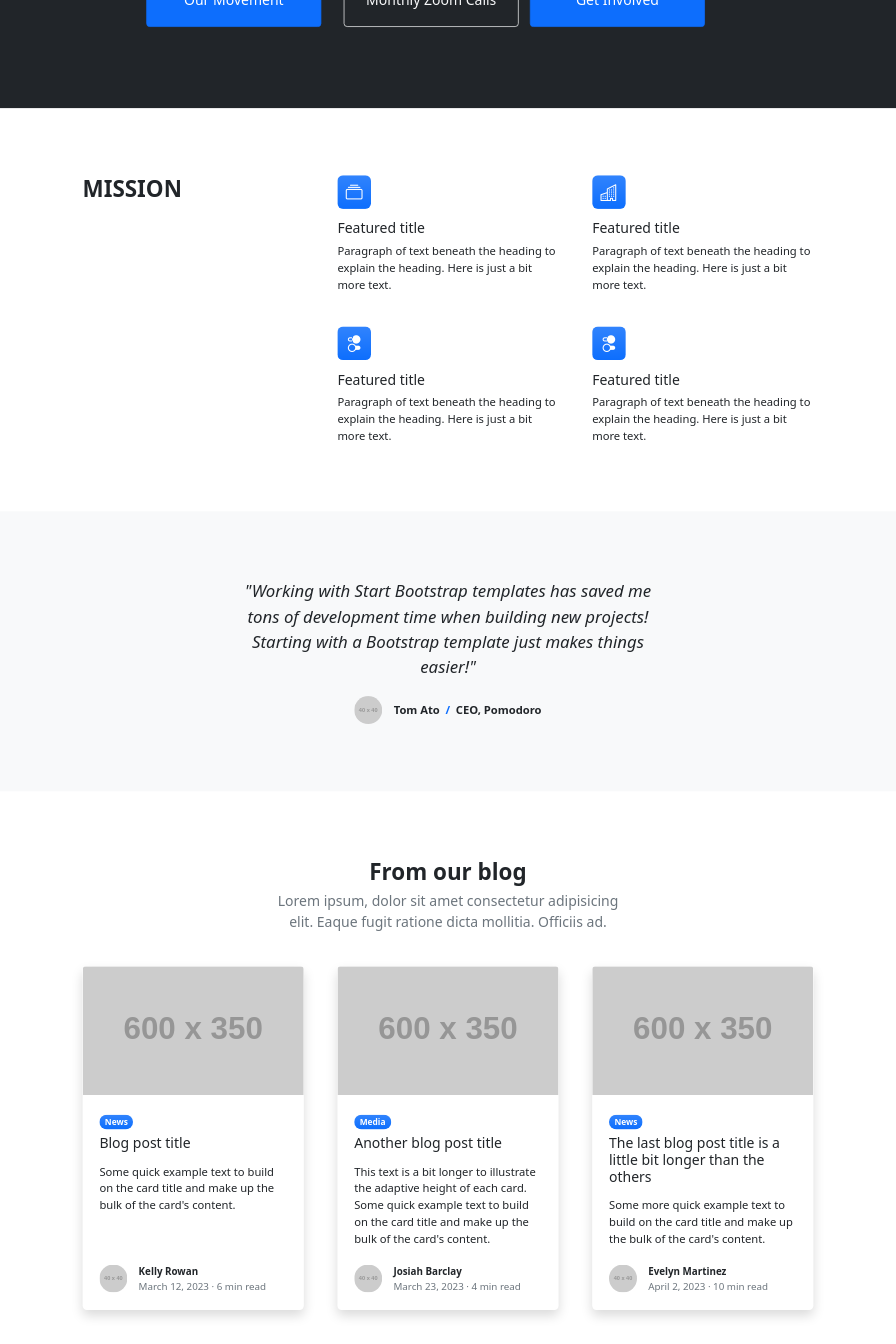
Repository: DragonFruit8/BeTheSpark
Page: index.html
The author's editor kept a copy of each file at every save. The page is drawn from the files as they stood at one save, then again after a run of saves.
The browser window is 1280 px wide. The pictures show the part of the page from y = 329 to 2249 px (the page is 2627 px tall before and 2617 px after), at 70% of full size.

Above is the page before, as saved 2024-01-14 07:44:31.

### index.html
<!DOCTYPE html>
<html lang="en">
    <head>
        <meta charset="utf-8" />
        <meta name="viewport" content="width=device-width, initial-scale=1, shrink-to-fit=no" />
        <meta name="description" content="" />
        <meta name="author" content="" />
        <title>Modern Business - Start Bootstrap Template</title>
        <!-- Favicon-->
        <link rel="icon" type="image/x-icon" href="assets/favicon.ico" />
        <!-- Bootstrap icons-->
        <link href="https://cdn.jsdelivr.net/npm/bootstrap-icons@1.5.0/font/bootstrap-icons.css" rel="stylesheet" />
        <!-- Core theme CSS (includes Bootstrap)-->
        <link href="css/styles.css" rel="stylesheet" />
        <link href="css/home.css" rel="stylesheet" />
    </head>
    <body class="d-flex flex-column h-100">
        <main class="flex-shrink-0">
            <!-- Navigation-->
            <nav class="navbar navbar-expand-lg navbar-dark bg-dark">
                <div class="container px-5">
                    <a class="navbar-brand" href="index.html">Start Bootstrap</a>
                    <button class="navbar-toggler" type="button" data-bs-toggle="collapse" data-bs-target="#navbarSupportedContent" aria-controls="navbarSupportedContent" aria-expanded="false" aria-label="Toggle navigation"><span class="navbar-toggler-icon"></span></button>
                    <div class="collapse navbar-collapse" id="navbarSupportedContent">
                        <ul class="navbar-nav ms-auto mb-2 mb-lg-0">
                            <li class="nav-item"><a class="nav-link" href="index.html">Home</a></li>
                            <li class="nav-item"><a class="nav-link" href="about.html">About</a></li>
                            <li class="nav-item"><a class="nav-link" href="contact.html">Contact</a></li>
                            <li class="nav-item"><a class="nav-link" href="pricing.html">Pricing</a></li>
                            <li class="nav-item"><a class="nav-link" href="faq.html">FAQ</a></li>
                            <li class="nav-item dropdown">
                                <a class="nav-link dropdown-toggle" id="navbarDropdownBlog" href="#" role="button" data-bs-toggle="dropdown" aria-expanded="false">Blog</a>
                                <ul class="dropdown-menu dropdown-menu-end" aria-labelledby="navbarDropdownBlog">
                                    <li><a class="dropdown-item" href="blog-home.html">Blog Home</a></li>
                                    <li><a class="dropdown-item" href="blog-post.html">Blog Post</a></li>
                                </ul>
                            </li>
                            <li class="nav-item dropdown">
                                <a class="nav-link dropdown-toggle" id="navbarDropdownPortfolio" href="#" role="button" data-bs-toggle="dropdown" aria-expanded="false">Portfolio</a>
                                <ul class="dropdown-menu dropdown-menu-end" aria-labelledby="navbarDropdownPortfolio">
                                    <li><a class="dropdown-item" href="portfolio-overview.html">Portfolio Overview</a></li>
                                    <li><a class="dropdown-item" href="portfolio-item.html">Portfolio Item</a></li>
                                </ul>
                            </li>
                        </ul>
                    </div>
                </div>
            </nav>
            <!-- Header-->
            <header class="bg-dark py-5">
                <div class="container px-5">
                    <div class="row gx-5 align-items-center justify-content-center">
                        <div class="col-lg-8 col-xl-10 col-xxl-12">
                            <div class="my-5 text-center text-xl-start">
                                <h1 class="display-5 fw-bolder text-white mb-2">Be The Spark</h1>
                                <p class="lead fw-normal text-white-50 mb-4">Ignite Change in the World</p>
                                <div id="CTA" class="d-grid gap-3 d-sm-flex justify-content-sm-center justify-content-xl-start">
                                    <a id="introCard" class="btn btn-primary btn-lg px-4 me-sm-3" href="#features">Our Movement</a>
                                    <a id="introCard" class="btn btn-outline-light btn-lg px-4" href="#!">Monthly Zoom Calls</a>
                                    <a id="introCard" class="btn btn-primary btn-lg px-4 me-sm-3" href="#features">Get Involved </a>
                                </div>
                            </div>
                        </div>
                        <!-- <div class="col-xl-5 col-xxl-6 d-none d-xl-block text-center"><img class="img-fluid rounded-3 my-5" src="https://dummyimage.com/600x400/343a40/6c757d" alt="..." /></div> -->
                    </div>
                </div>
            </header>
            <!-- Features section-->
            <section class="py-5" id="features">
                <div class="container px-5 my-5">
                    <div class="row gx-5">
                        <div class="col-lg-4 mb-5 mb-lg-0"><h2 class="fw-bolder mb-0">MISSION</h2></div>
                        <div class="col-lg-8">
                            <div class="row gx-5 row-cols-1 row-cols-md-2">
                                <div class="col mb-5 h-100">
                                    <div class="feature bg-primary bg-gradient text-white rounded-3 mb-3"><i class="bi bi-collection"></i></div>
                                    <h2 class="h5">Featured title</h2>
                                    <p class="mb-0">Paragraph of text beneath the heading to explain the heading. Here is just a bit more text.</p>
                                </div>
                                <div class="col mb-5 h-100">
                                    <div class="feature bg-primary bg-gradient text-white rounded-3 mb-3"><i class="bi bi-building"></i></div>
                                    <h2 class="h5">Featured title</h2>
                                    <p class="mb-0">Paragraph of text beneath the heading to explain the heading. Here is just a bit more text.</p>
                                </div>
                                <div class="col mb-5 mb-md-0 h-100">
                                    <div class="feature bg-primary bg-gradient text-white rounded-3 mb-3"><i class="bi bi-toggles2"></i></div>
                                    <h2 class="h5">Featured title</h2>
                                    <p class="mb-0">Paragraph of text beneath the heading to explain the heading. Here is just a bit more text.</p>
                                </div>
                                <div class="col h-100">
                                    <div class="feature bg-primary bg-gradient text-white rounded-3 mb-3"><i class="bi bi-toggles2"></i></div>
                                    <h2 class="h5">Featured title</h2>
                                    <p class="mb-0">Paragraph of text beneath the heading to explain the heading. Here is just a bit more text.</p>
                                </div>
                            </div>
                        </div>
                    </div>
                </div>
            </section>
            <!-- Testimonial section-->
            <div class="py-5 bg-light">
                <div class="container px-5 my-5">
                    <div class="row gx-5 justify-content-center">
                        <div class="col-lg-10 col-xl-7">
                            <div class="text-center">
                                <div class="fs-4 mb-4 fst-italic">"Working with Start Bootstrap templates has saved me tons of development time when building new projects! Starting with a Bootstrap template just makes things easier!"</div>
                                <div class="d-flex align-items-center justify-content-center">
                                    <img class="rounded-circle me-3" src="https://dummyimage.com/40x40/ced4da/6c757d" alt="..." />
                                    <div class="fw-bold">
                                        Tom Ato
                                        <span class="fw-bold text-primary mx-1">/</span>
                                        CEO, Pomodoro
                                    </div>
                                </div>
                            </div>
                        </div>
                    </div>
                </div>
            </div>
            <!-- Blog preview section-->
            <section class="py-5">
                <div class="container px-5 my-5">
                    <div class="row gx-5 justify-content-center">
                        <div class="col-lg-8 col-xl-6">
                            <div class="text-center">
                                <h2 class="fw-bolder">From our blog</h2>
                                <p class="lead fw-normal text-muted mb-5">Lorem ipsum, dolor sit amet consectetur adipisicing elit. Eaque fugit ratione dicta mollitia. Officiis ad.</p>
                            </div>
                        </div>
                    </div>
                    <div class="row gx-5">
                        <div class="col-lg-4 mb-5">
                            <div class="card h-100 shadow border-0">
                                <img class="card-img-top" src="https://dummyimage.com/600x350/ced4da/6c757d" alt="..." />
                                <div class="card-body p-4">
                                    <div class="badge bg-primary bg-gradient rounded-pill mb-2">News</div>
                                    <a class="text-decoration-none link-dark stretched-link" href="#!"><h5 class="card-title mb-3">Blog post title</h5></a>
                                    <p class="card-text mb-0">Some quick example text to build on the card title and make up the bulk of the card's content.</p>
                                </div>
                                <div class="card-footer p-4 pt-0 bg-transparent border-top-0">
                                    <div class="d-flex align-items-end justify-content-between">
                                        <div class="d-flex align-items-center">
                                            <img class="rounded-circle me-3" src="https://dummyimage.com/40x40/ced4da/6c757d" alt="..." />
                                            <div class="small">
                                                <div class="fw-bold">Kelly Rowan</div>
                                                <div class="text-muted">March 12, 2023 &middot; 6 min read</div>
                                            </div>
                                        </div>
                                    </div>
                                </div>
                            </div>
                        </div>
                        <div class="col-lg-4 mb-5">
                            <div class="card h-100 shadow border-0">
                                <img class="card-img-top" src="https://dummyimage.com/600x350/adb5bd/495057" alt="..." />
                                <div class="card-body p-4">
                                    <div class="badge bg-primary bg-gradient rounded-pill mb-2">Media</div>
                                    <a class="text-decoration-none link-dark stretched-link" href="#!"><h5 class="card-title mb-3">Another blog post title</h5></a>
                                    <p class="card-text mb-0">This text is a bit longer to illustrate the adaptive height of each card. Some quick example text to build on the card title and make up the bulk of the card's content.</p>
                                </div>
                                <div class="card-footer p-4 pt-0 bg-transparent border-top-0">
                                    <div class="d-flex align-items-end justify-content-between">
                                        <div class="d-flex align-items-center">
                                            <img class="rounded-circle me-3" src="https://dummyimage.com/40x40/ced4da/6c757d" alt="..." />
                                            <div class="small">
                                                <div class="fw-bold">Josiah Barclay</div>
                                                <div class="text-muted">March 23, 2023 &middot; 4 min read</div>
                                            </div>
                                        </div>
                                    </div>
                                </div>
                            </div>
                        </div>
                        <div class="col-lg-4 mb-5">
                            <div class="card h-100 shadow border-0">
                                <img class="card-img-top" src="https://dummyimage.com/600x350/6c757d/343a40" alt="..." />
                                <div class="card-body p-4">
                                    <div class="badge bg-primary bg-gradient rounded-pill mb-2">News</div>
                                    <a class="text-decoration-none link-dark stretched-link" href="#!"><h5 class="card-title mb-3">The last blog post title is a little bit longer than the others</h5></a>
                                    <p class="card-text mb-0">Some more quick example text to build on the card title and make up the bulk of the card's content.</p>
                                </div>
                                <div class="card-footer p-4 pt-0 bg-transparent border-top-0">
                                    <div class="d-flex align-items-end justify-content-between">
                                        <div class="d-flex align-items-center">
                                            <img class="rounded-circle me-3" src="https://dummyimage.com/40x40/ced4da/6c757d" alt="..." />
                                            <div class="small">
                                                <div class="fw-bold">Evelyn Martinez</div>
                                                <div class="text-muted">April 2, 2023 &middot; 10 min read</div>
                                            </div>
                                        </div>
                                    </div>
                                </div>
                            </div>
                        </div>
                    </div>
                    <!-- Call to action-->
                    <aside class="bg-primary bg-gradient rounded-3 p-4 p-sm-5 mt-5">
                        <div class="d-flex align-items-center justify-content-between flex-column flex-xl-row text-center text-xl-start">
                            <div class="mb-4 mb-xl-0">
                                <div class="fs-3 fw-bold text-white">New products, delivered to you.</div>
                                <div class="text-white-50">Sign up for our newsletter for the latest updates.</div>
                            </div>
                            <div class="ms-xl-4">
                                <div class="input-group mb-2">
                                    <input class="form-control" type="text" placeholder="Email address..." aria-label="Email address..." aria-describedby="button-newsletter" />
                                    <button class="btn btn-outline-light" id="button-newsletter" type="button">Sign up</button>
                                </div>
                                <div class="small text-white-50">We care about privacy, and will never share your data.</div>
                            </div>
                        </div>
                    </aside>
                </div>
            </section>
        </main>
        <!-- Footer-->
        <footer class="bg-dark py-4 mt-auto">
            <div class="container px-5">
                <div class="row align-items-center justify-content-between flex-column flex-sm-row">
                    <div class="col-auto"><div class="small m-0 text-white">Copyright &copy; Your Website 2023</div></div>
                    <div class="col-auto">
                        <a class="link-light small" href="#!">Privacy</a>
                        <span class="text-white mx-1">&middot;</span>
                        <a class="link-light small" href="#!">Terms</a>
                        <span class="text-white mx-1">&middot;</span>
                        <a class="link-light small" href="#!">Contact</a>
                    </div>
                </div>
            </div>
        </footer>
        <!-- Bootstrap core JS-->
        <script src="https://cdn.jsdelivr.net/npm/bootstrap@5.2.3/dist/js/bootstrap.bundle.min.js"></script>
        <!-- Core theme JS-->
        <script src="js/scripts.js"></script>
    </body>
</html>

### css/home.css

#CTA{
    justify-content: center;
}
#CTA a{
    display: flex;
    max-height: 600px;
    max-width: 300px;
    padding: 20px;
    margin-top: 20px;
    margin-bottom: 20px;
    border-radius: 5px;
}

#CTA #introCard{
    display: flex;
    flex-direction: column;
    justify-content: center;
    align-items: center;
    /* height: 200px; */
    margin-top: 20px;
    margin-bottom: 20px;
    padding: 20px;
    border-radius: 5px;
}

@media (min-width: 1080px) {
    #CTA > a{
        display: inline-flex;
        flex-direction: row;
        min-height:75px !important;
        min-width: 200px !important;
        padding: 20px;
        justify-content: center;
        border-radius: 5px;
    }

}

@media (max-width: 1080px) and (min-width: 648px) {
    #CTA a{
        display: inline-flex;
        flex-direction: row;
        max-height: 100px !important;
        max-width: fit-content !important;
        min-width: 250px !important;
        text-align: center;
        justify-content: center;
        border-radius: 5px;
    }
    #CTA {
        display: flex;
        flex-direction: column;
        flex-wrap: nowrap;
        justify-content: center;
        align-items: center;

    }
}

@media (min-width: 1080px) {
    #CTA a{
        display: inline-flex;
        flex-direction: row;
        max-height: 100px !important;
        max-width: fit-content !important;
        min-width: 250px !important;
        text-align: center;
        justify-content: center;
        border-radius: 5px;
    }
}

Loaded but not shown: css/styles.css (library); js/scripts.js (common file)

After the next 2 saves:
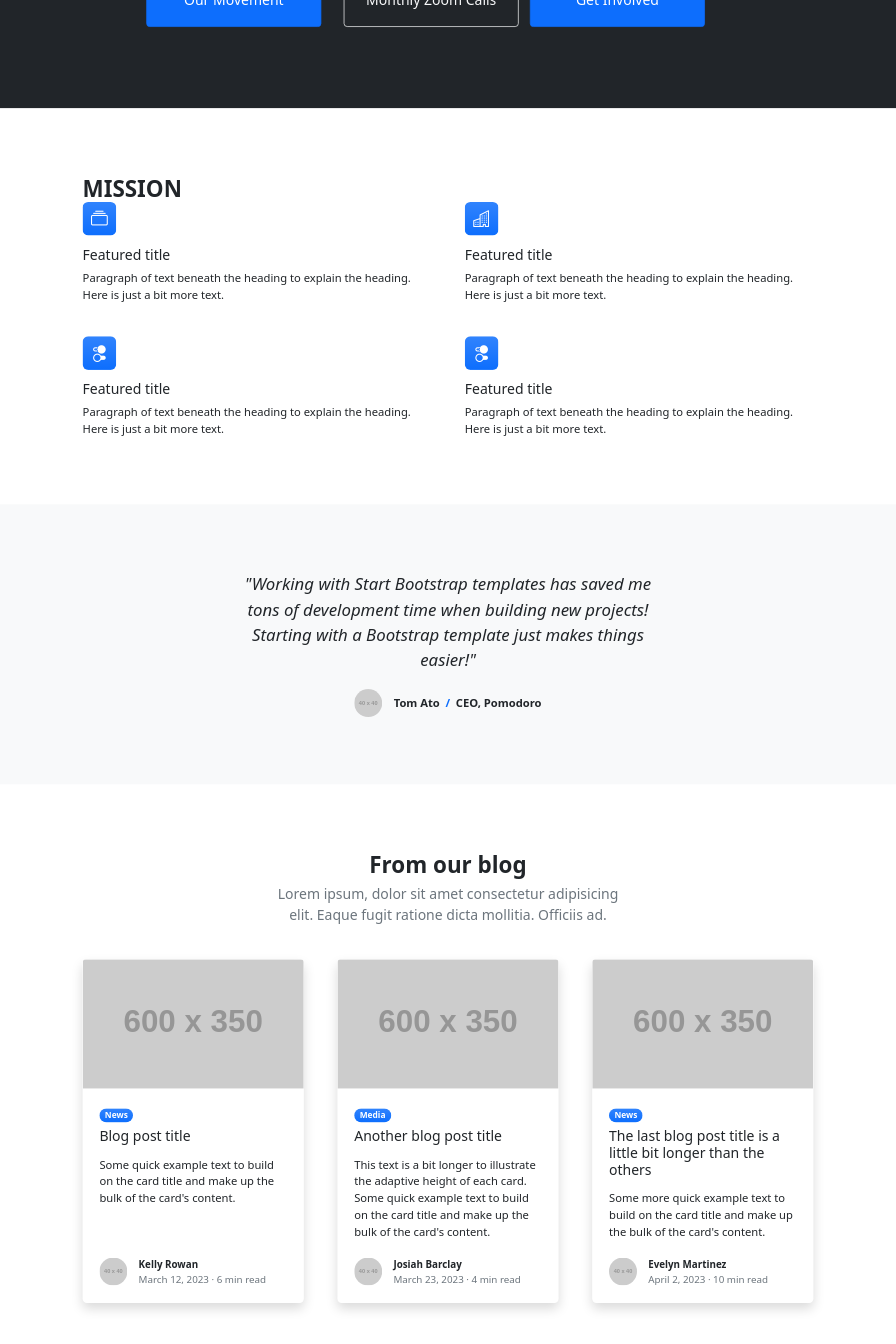
The 2 saves are shown as one change because they came seconds apart.
The last was saved 17 s later.
--- a/index.html
+++ b/index.html
@@ -70,7 +70,7 @@
                 <div class="container px-5 my-5">
                     <div class="row gx-5">
                         <div class="col-lg-4 mb-5 mb-lg-0"><h2 class="fw-bolder mb-0">MISSION</h2></div>
-                        <div class="col-lg-8">
+                        <div class="row-lg-8">
                             <div class="row gx-5 row-cols-1 row-cols-md-2">
                                 <div class="col mb-5 h-100">
                                     <div class="feature bg-primary bg-gradient text-white rounded-3 mb-3"><i class="bi bi-collection"></i></div>
